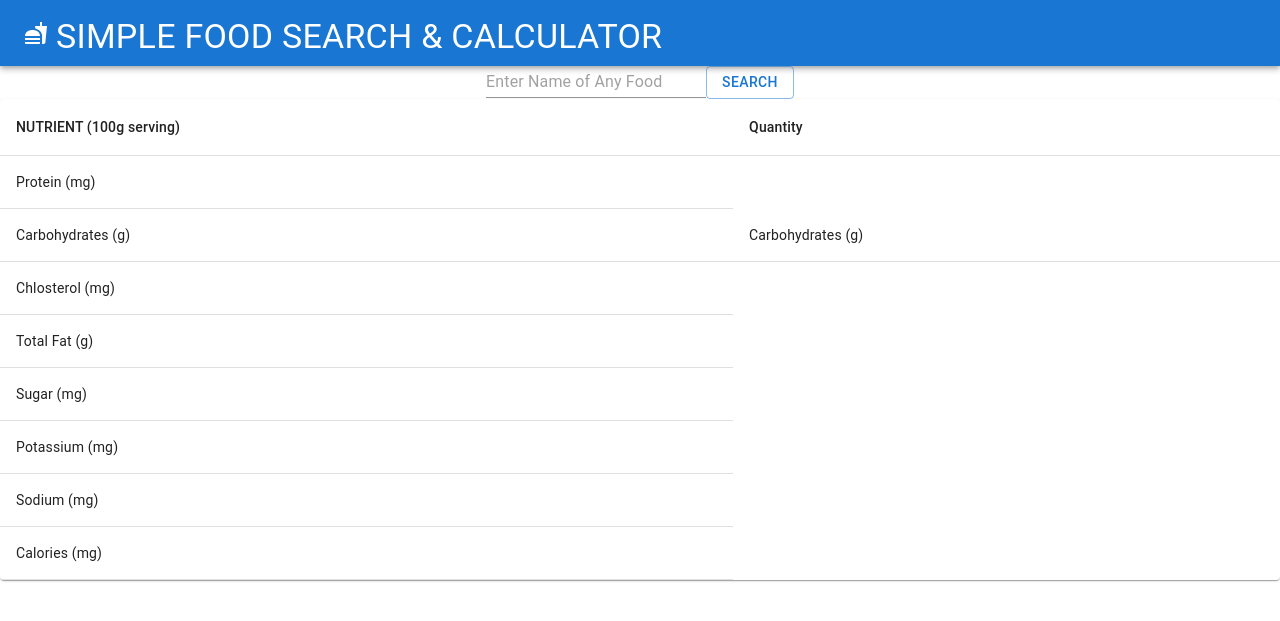
Repository: Mikerr21/Diet-Nutrition-API
Page: /
These files come from the project's save history. The page is drawn as it stood at one moment and after the next save; the edit follows.
The browser window is 1280 px wide. The pictures show the whole page.
The project was rebuilt for these pictures with package versions that can differ from the ones it lists, and the page was loaded fresh each time.

Above is the page before, as saved 2022-09-21 15:46:07.

### src/App.js
import React from "react";
import { useState } from "react";
import axios from "axios";
import AppBar from "@mui/material/AppBar";
import Box from "@mui/material/Box";
import Toolbar from "@mui/material/Toolbar";
import Typography from "@mui/material/Typography";
import IconButton from "@mui/material/IconButton";
import FastfoodIcon from "@mui/icons-material/Fastfood";
import { CssBaseline } from "@mui/material";
import { FastForward } from "@mui/icons-material";
import TextField from "@mui/material/TextField";
import Grid from "@mui/material/Grid";
import Button from "@mui/material/Button";
import { Input } from '@mui/material';
import Table from '@mui/material/Table';
import TableBody from '@mui/material/TableBody';
import TableCell from '@mui/material/TableCell';
import TableContainer from '@mui/material/TableContainer';
import TableHead from '@mui/material/TableHead';
import TableRow from '@mui/material/TableRow';
import Paper from '@mui/material/Paper';




/**
	 *
	 *
	 * Fetch nutrient information of a given food
	 */


function App() {
  const [name, setName] = useState('');
	const [res, setRes] = useState(null);
  const fetchNutrients = async e => {
    e.preventDefault();
    try {
      const res = await axios.get(`/api/nutrient`, {
        params: {
          name
        }
      });
      setRes(res.data.items[0]);
    } catch (err) {
      console.log(err);
    }
  };



  return (
    <div className="App">
      <CssBaseline />
      <AppBar position="static">
        <Toolbar variant="dense" color="black">
          <FastfoodIcon />
          <Box m={1} pt={1}>
            <Typography
              variant="h4"
              color="white"
              align="center"
              component="div"
            >
              SIMPLE FOOD SEARCH & CALCULATOR
            </Typography>
          </Box>
        </Toolbar>
      </AppBar>
      <Box
        display="flex"
        justifyContent="center"
        alignItems="center"
        minHeight="3vh"
      >

        <Input placeholder="Enter Name of Any Food" onChange={e => setName(e.target.value)}></Input>
        <Button
          onClick={fetchNutrients}
          sx={{
            height: 33,
          }}
          variant="outlined"
        >
          Search
        </Button>
      </Box>

    <Box
        display="flex"
        justifyContent="center"
        alignItems="center"
        minHeight="10vh"

      >
        <TableContainer component={Paper}>
      <Table sx={{ minWidth: 650 }} aria-label="simple table">
        <TableHead>
          <TableRow>
            <TableCell>NUTRIENT (100g serving)</TableCell>
            <TableCell align="left">Quantity</TableCell>
          </TableRow>
        </TableHead>
        <TableBody>
        <TableRow>
									<TableCell>
										Protein (mg)
									</TableCell>
								</TableRow>
                <TableRow>
									<TableCell>
										Carbohydrates (g)
									</TableCell>
                  <TableCell>
										Carbohydrates (g)
									</TableCell>
								</TableRow>
                <TableRow>
									<TableCell>
										Chlosterol (mg)
									</TableCell>
								</TableRow>
                <TableRow>
									<TableCell>
										Total Fat (g)
									</TableCell>
								</TableRow>
                <TableRow>
									<TableCell>
										Sugar (mg)
									</TableCell>
								</TableRow>
                <TableRow>
									<TableCell>
										Potassium (mg)
									</TableCell>
								</TableRow>
                <TableRow>
									<TableCell>
										Sodium (mg)
									</TableCell>
								</TableRow>
        <TableRow>
									<TableCell>
										Calories (mg)
									</TableCell>
								</TableRow>
        </TableBody>
      </Table>
    </TableContainer>
      </Box>
    </div>
  );
}

export default App;

Loaded but not shown: public/index.html (common file); src/index.js (common file)

After the next save:
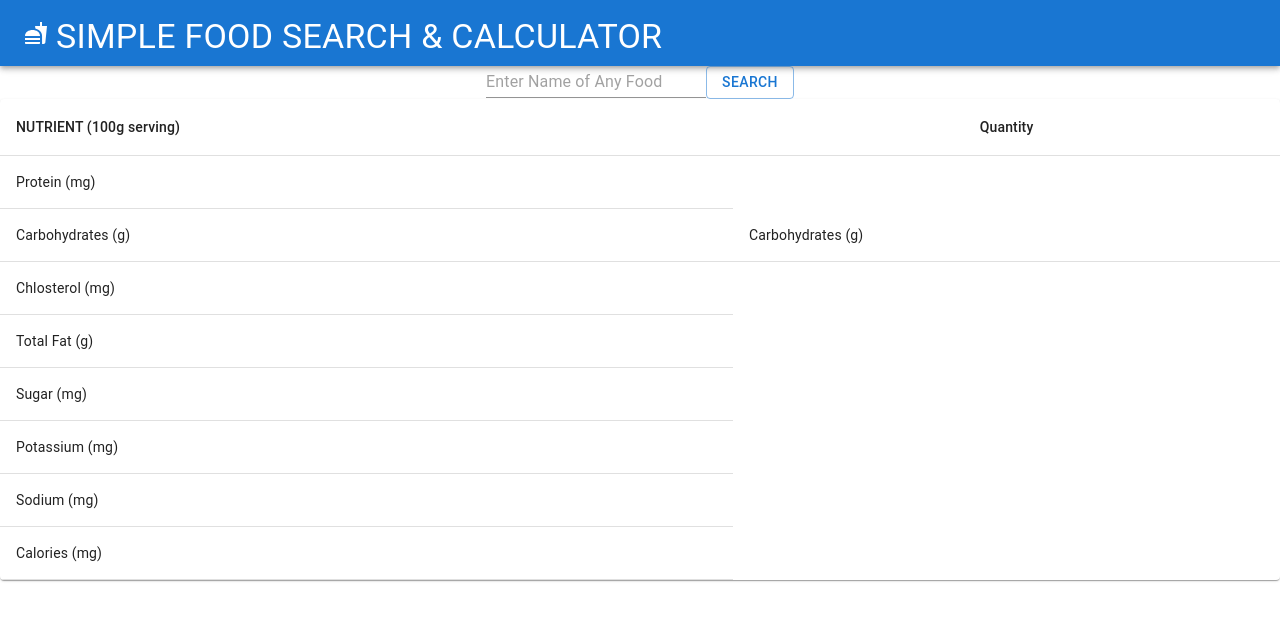
Saved 7 s later.
--- a/src/App.js
+++ b/src/App.js
@@ -99,7 +99,7 @@ function App() {
         <TableHead>
           <TableRow>
             <TableCell>NUTRIENT (100g serving)</TableCell>
-            <TableCell align="left">Quantity</TableCell>
+            <TableCell align="center">Quantity</TableCell>
           </TableRow>
         </TableHead>
         <TableBody>
